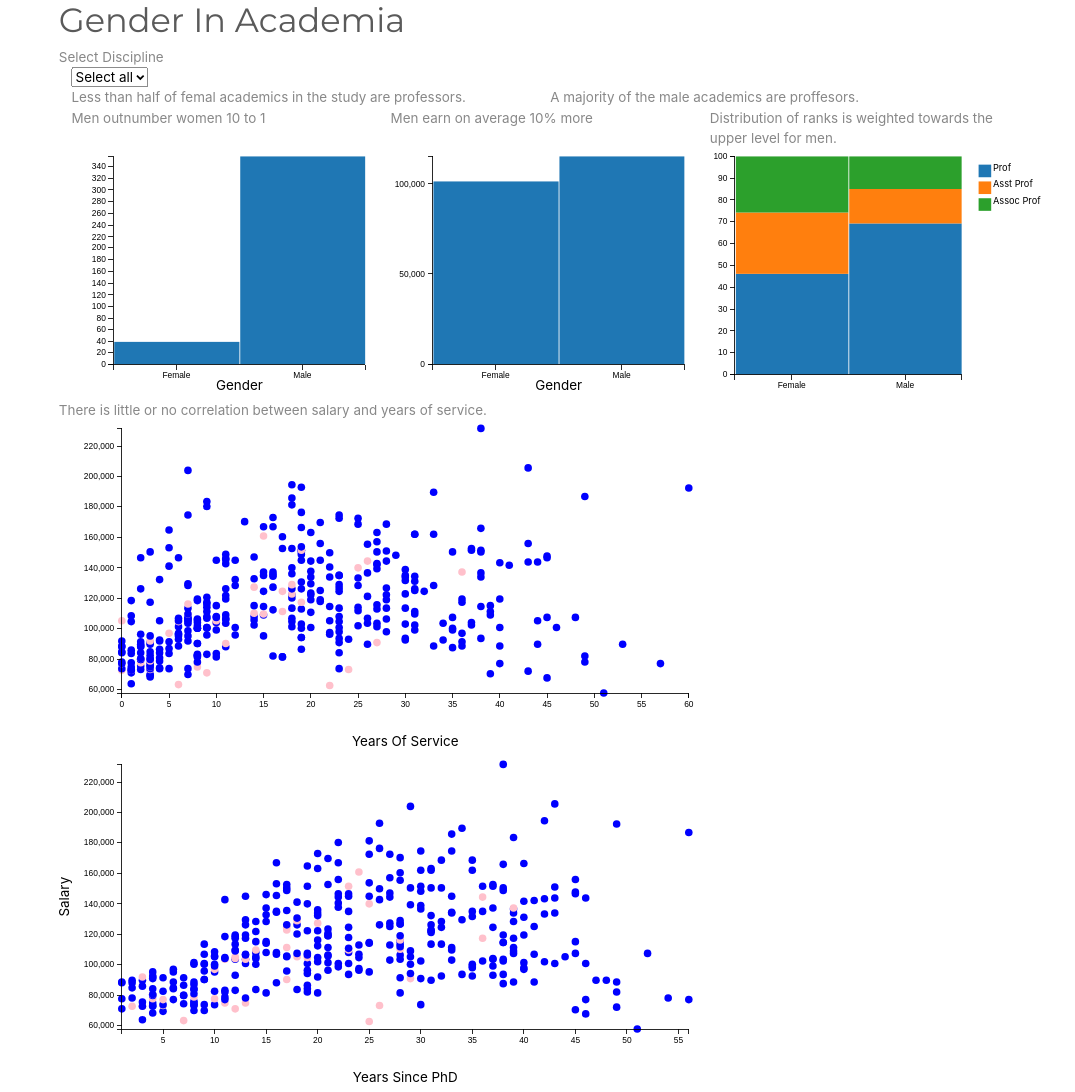
Repository: luke0han/dashboard-project
Page: index.html
The author's editor kept a record of every edit. The page is drawn from the files as they stood at one moment, then again after the next edit.
The browser window is 1280 px wide. The pictures show the whole page, at 84% of full size.

Above is the page before.

After the next edit:
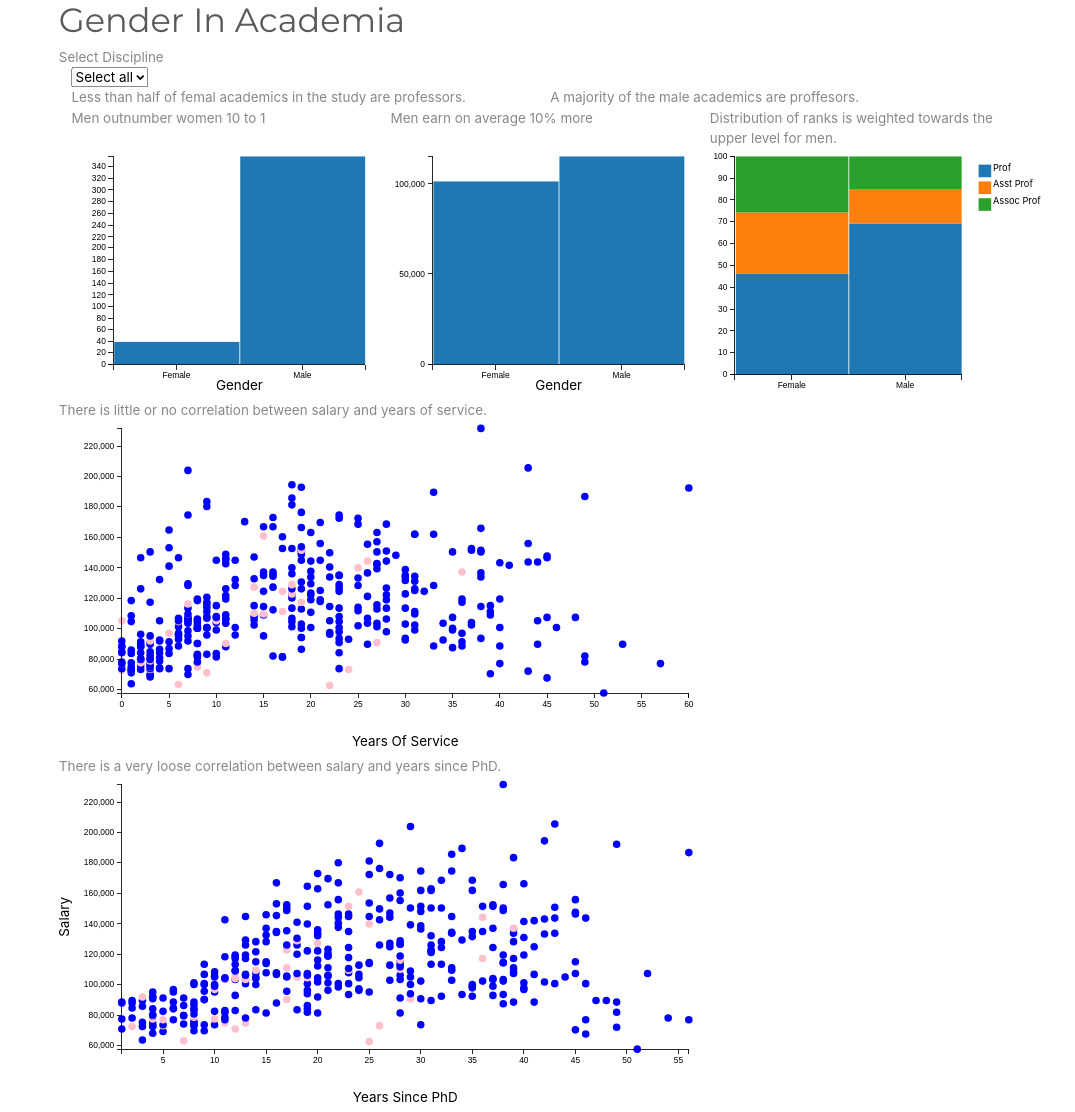
The edit:
--- a/index.html
+++ b/index.html
@@ -63,7 +63,7 @@
         </div>
 
         <div class="row">
-            <div class="col-md-offset-2"></div>
+            <div class="col-md-offset-2">There is a very loose correlation between salary and years since PhD.</div>
         </div>
         <div class="row">
             <div class="col-md-offset-2" id="phd-salary"></div>
